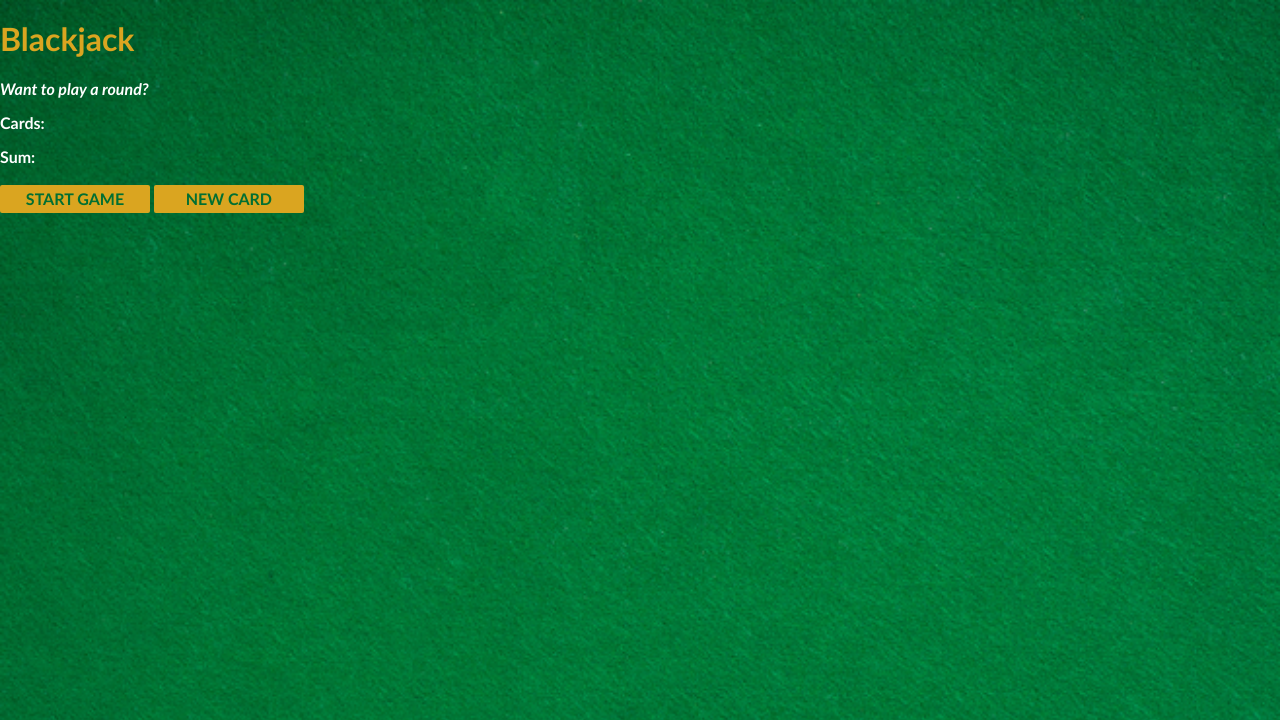
Repository: raghhavv03/javascript-practice
Page: task-5/index.html
The author's editor kept a copy of each file at every save. The page is drawn from the files as they stood at one save, then again after a run of saves.
The browser window is 1280 px wide. The pictures show the whole page.

Above is the page before, as saved 2026-02-09 20:40:58.

After the next 4 saves:
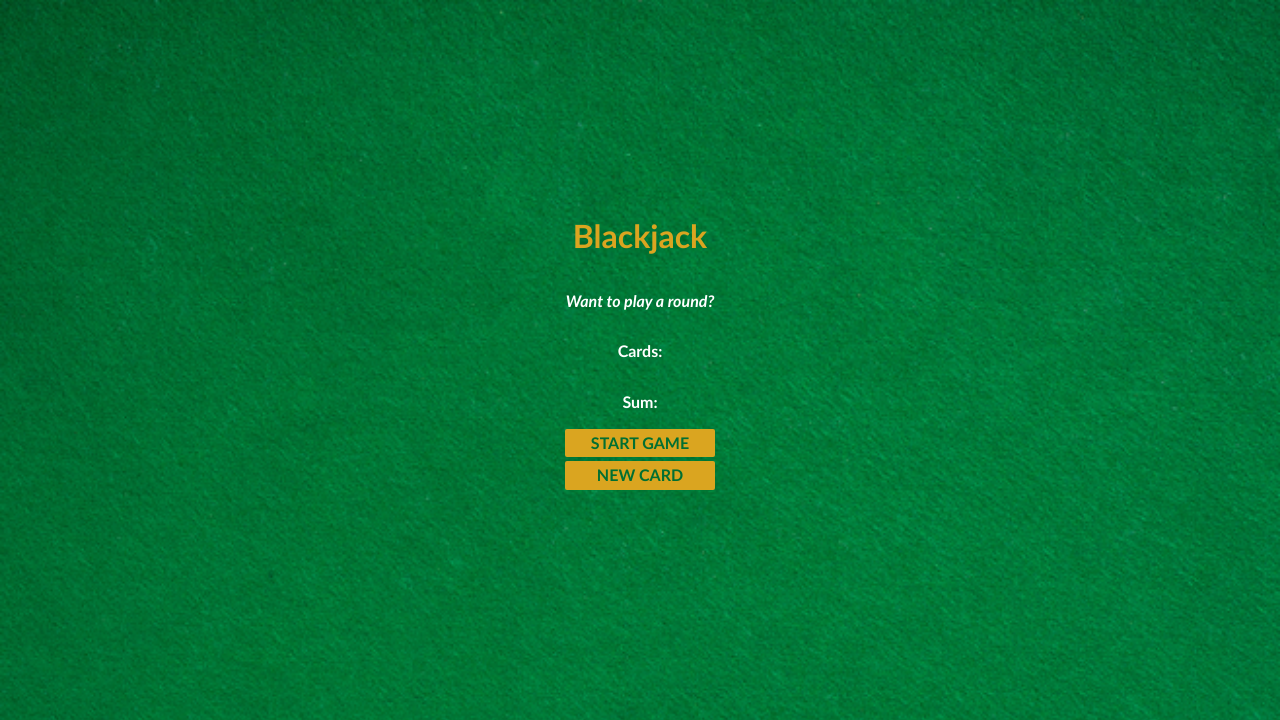
The 4 saves are shown as one change because they came seconds apart.
The last was saved 16 s later.
--- a/task-5/style.css
+++ b/task-5/style.css
@@ -4,7 +4,11 @@ body {
     background-size: cover;
     font-weight: bold;
     color: white;
-
+    display: flex;
+    flex-direction: column;
+    justify-content: center;
+    align-items: center;
+    height: 100vh;
 }
 
 h1 {
